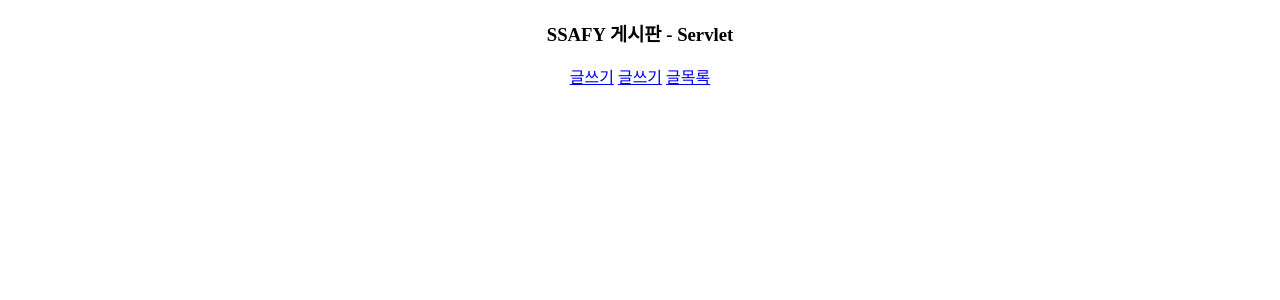
Repository: govltjsdnd24/SSAFY_BackEnd
Page: board1_servlet/WebContent/index.html
These files come from the project's save history. The page is drawn as it stood at one moment and after the next save; the edit follows.
The browser window is 1280 px wide. The pictures show the whole page.

Above is the page before, as saved 2023-09-14 06:05:17.

### board1_servlet/WebContent/index.html
<!DOCTYPE html>
<html>
<head>
<meta charset="UTF-8">
<title>Insert title here</title>
</head>
<body>
	<div align="center">
		<h3> SSAFY 게시판 - Servlet</h3>
		<a href="/board1_servlet/board/write.html">글쓰기</a>
		<a href="board.do?action=writeform">글쓰기</a>
		<a href="/board1_servlet/list">글목록</a>
	</div>
</body>
</html>

After the next save:
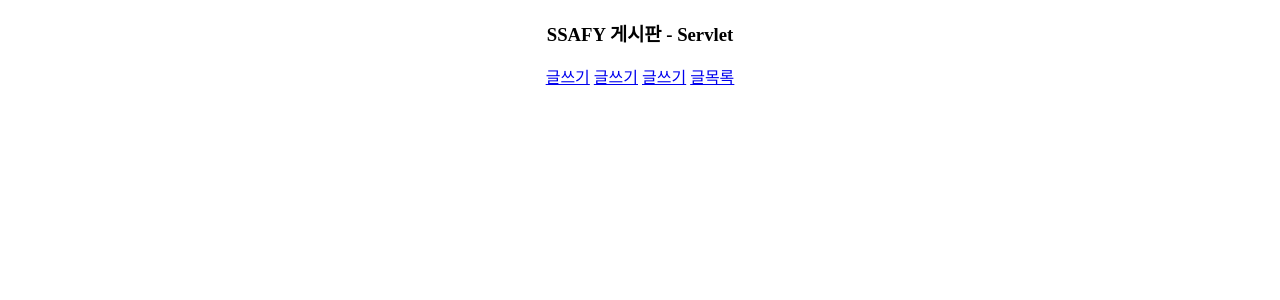
Saved 91 s later.
--- a/board1_servlet/WebContent/index.html
+++ b/board1_servlet/WebContent/index.html
@@ -9,6 +9,7 @@
 		<h3> SSAFY 게시판 - Servlet</h3>
 		<a href="/board1_servlet/board/write.html">글쓰기</a>
 		<a href="board.do?action=writeform">글쓰기</a>
+		<a href="/board1_servlet/write.html">글쓰기</a>
 		<a href="/board1_servlet/list">글목록</a>
 	</div>
 </body>

After the 2 saves that followed:
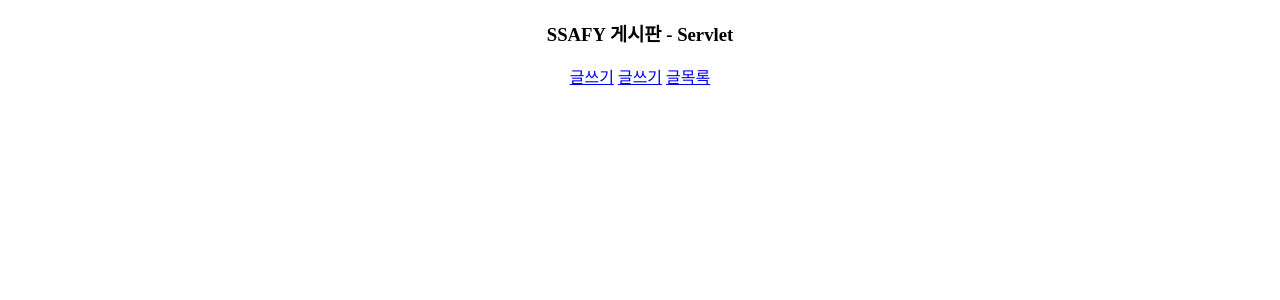
The 2 saves are shown as one change because 1 left the picture as it was.
The last was saved 3 min 8 s later.
--- a/board1_servlet/WebContent/index.html
+++ b/board1_servlet/WebContent/index.html
@@ -7,9 +7,8 @@
 <body>
 	<div align="center">
 		<h3> SSAFY 게시판 - Servlet</h3>
-		<a href="/board1_servlet/board/write.html">글쓰기</a>
 		<a href="board.do?action=writeform">글쓰기</a>
-		<a href="/board1_servlet/write.html">글쓰기</a>
+		<a href="/board/write.html">글쓰기</a>
 		<a href="/board1_servlet/list">글목록</a>
 	</div>
 </body>
